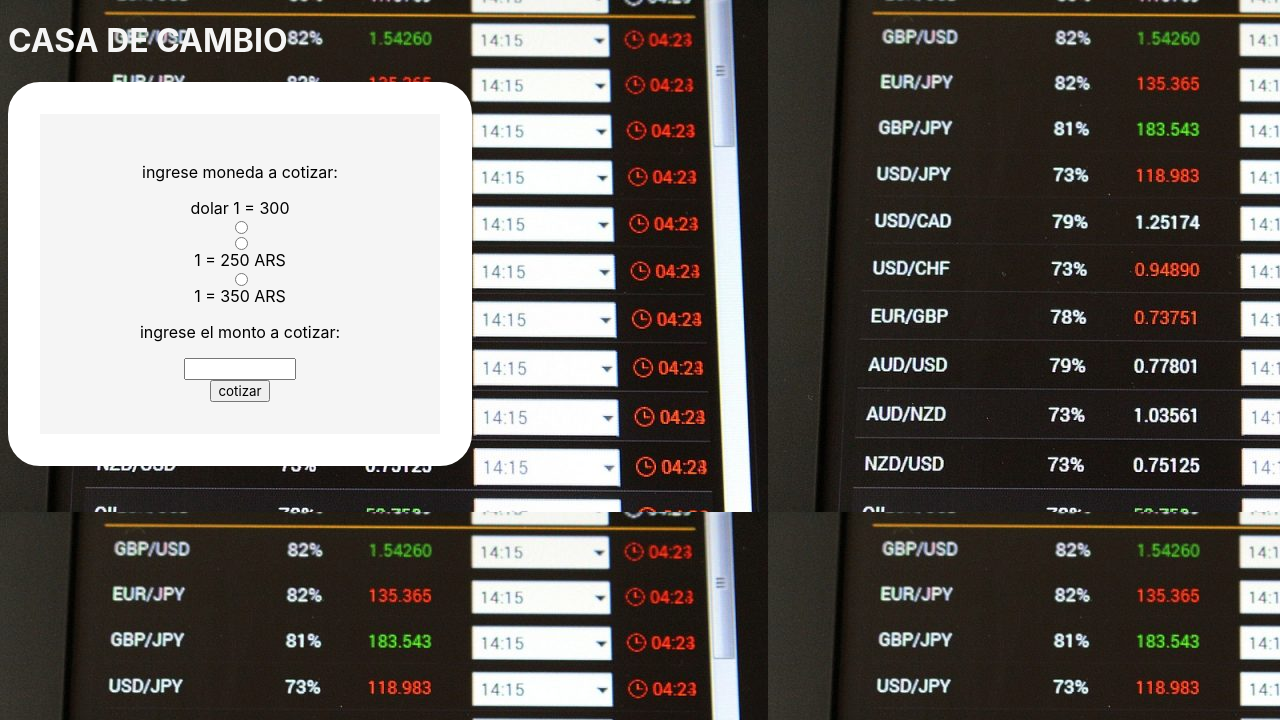
Repository: AgusL01/Bootstrap-Agustin-lago-
Page: Desktop/clases coder/proyecto-final-agustin-lago-main/index.html
The author's editor kept a copy of each file at every save. The page is drawn from the files as they stood at one save, then again after the next save.
The browser window is 1280 px wide. The pictures show the whole page.

Above is the page before, as saved 2022-08-25 15:56:09.

After the next save:
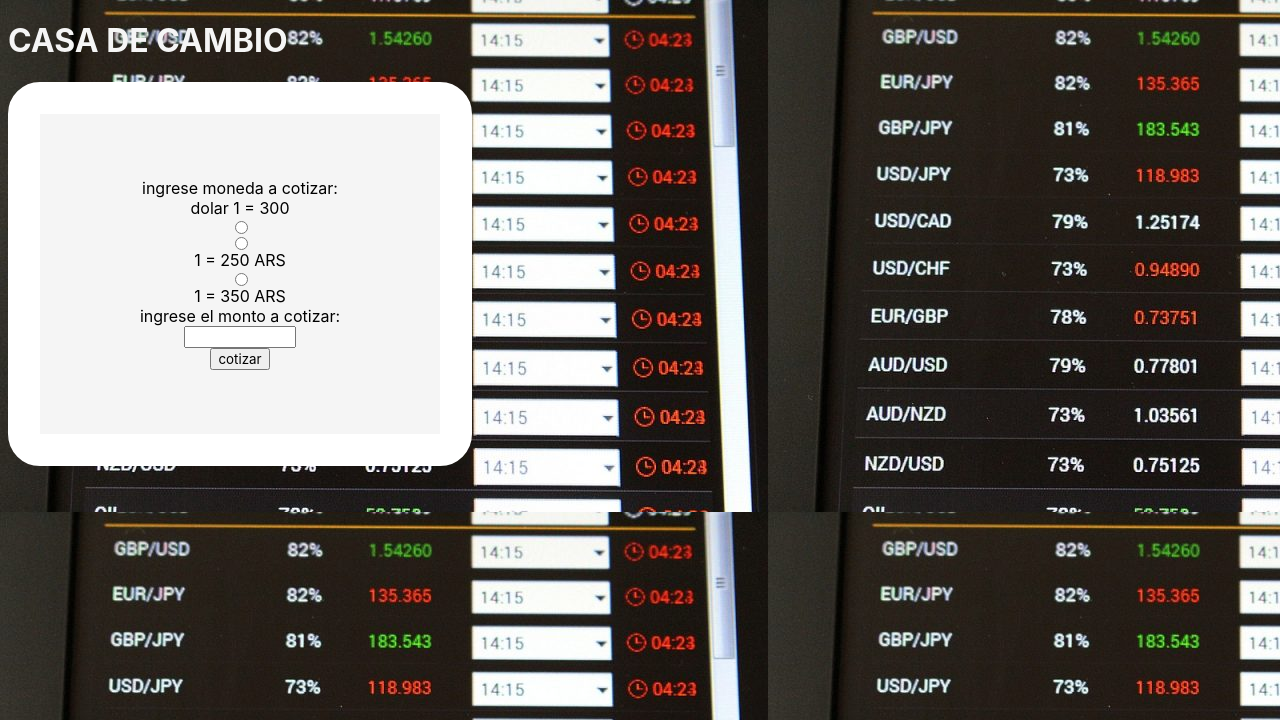
Saved 57 s later.
--- a/Desktop/clases coder/proyecto-final-agustin-lago-main/index.html
+++ b/Desktop/clases coder/proyecto-final-agustin-lago-main/index.html
@@ -9,19 +9,21 @@
 </head>
 <body>
     <h1>CASA DE CAMBIO</h1>
-    <form class="formulario">
-            <p>ingrese moneda a cotizar:</p>
+    <div>
+            <form class="formulario">
+            <label>ingrese moneda a cotizar:</label>
             <label for="">dolar 1 = 300</label>
             <input type='radio' name="moneda" id="uno">
-
             <label for=""></label>
             <input type="radio" name="euro" id="dos">1 = 250 ARS
             <label for=""></label>
             <input type="radio" name="libra" id="tres">1 = 350 ARS
-            <p>ingrese el monto a cotizar:</p>
+            <label>ingrese el monto a cotizar:</label>
             <input type="number" id="montoCotizar" min="1"m max="100000">
         <input type="button" id="montoCotizado" value="cotizar" onclick="">
     </form>
+    </div>
+
     <script src="./js/main.js"></script>
 </body>
 </html>
